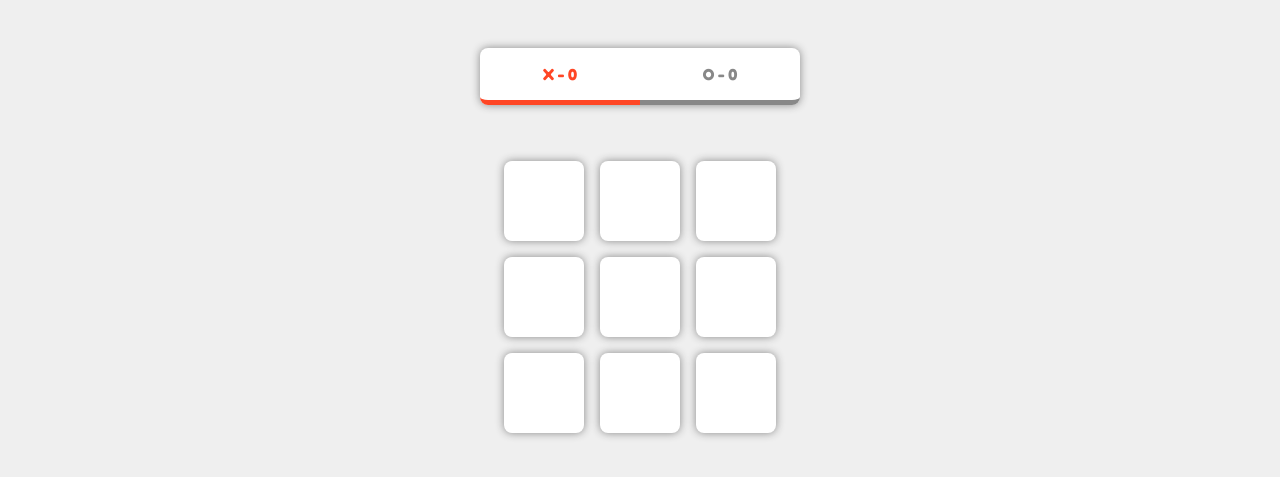
Repository: Seva2705/tic-tac-toe.github.io
Page: /
The author's editor kept a copy of each file at every save. The page is drawn from the files as they stood at one save, then again after a run of saves.
The browser window is 1280 px wide. The pictures show the whole page.
The project was rebuilt for these pictures with package versions that can differ from the ones it lists, and the page was loaded fresh each time.

Above is the page before, as saved 2023-04-04 18:00:44.

After the next 2 saves:
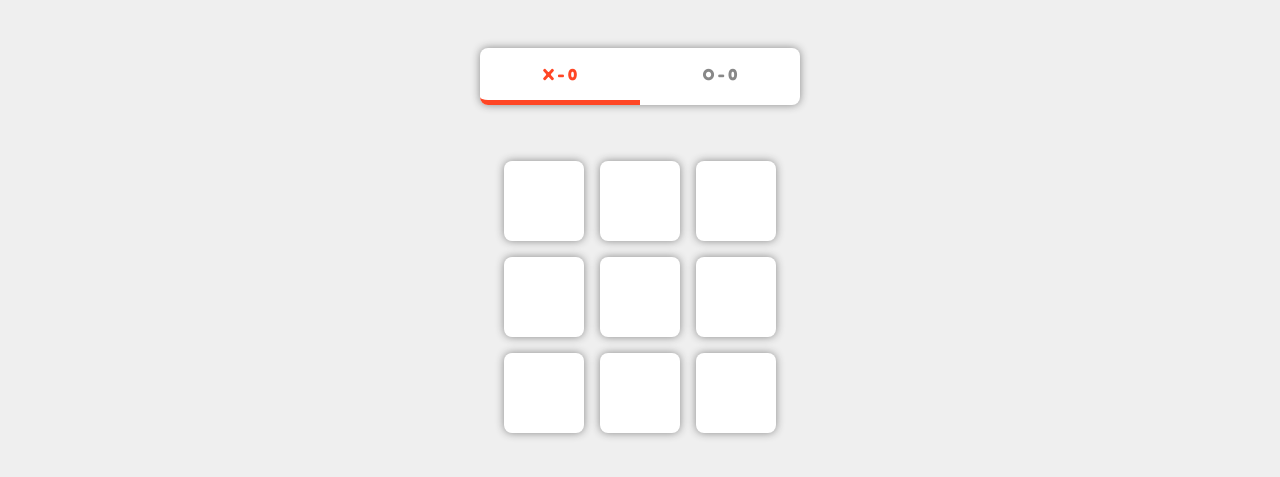
The 2 saves are shown as one change because they came seconds apart.
The last was saved 12 s later.
--- a/src/components/ScoreBoard.css
+++ b/src/components/ScoreBoard.css
@@ -31,5 +31,5 @@
 
 .inactive {
     color: #888;
-    border-bottom: 5px solid #888;
+    border-bottom: 5px solid transparent;
 }
